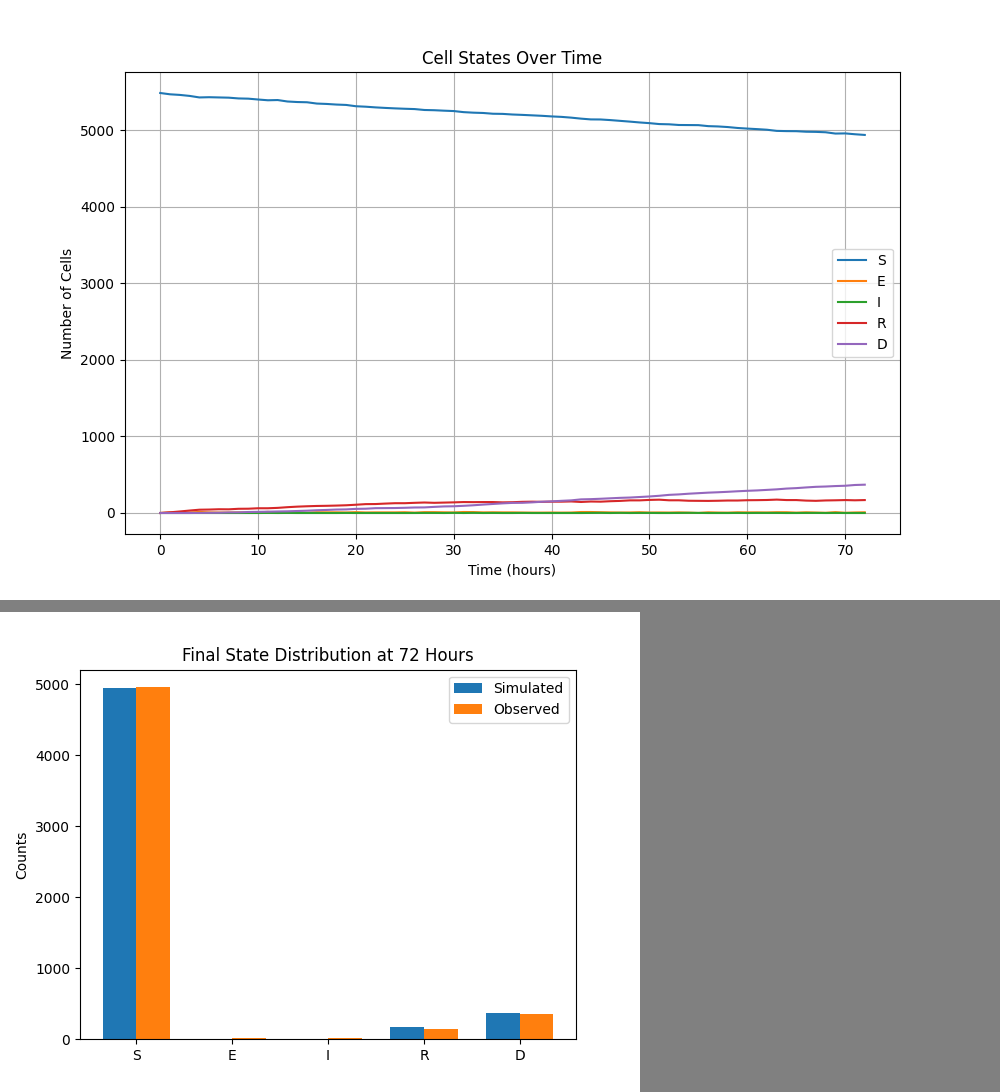
Repository: katherinewxu/iGEM_modeling
Script's output: python fshdmarkov.py
These files come from the project's save history. The script's output is drawn as it stood at one moment and after the next save; the edit follows.
Each picture stacks the figures in order, with grey between them; figures that are only written to a file come last. Random numbers start from a fixed seed.

Above is the script's output before, as saved 2024-08-16 15:51:32.

After the next save:
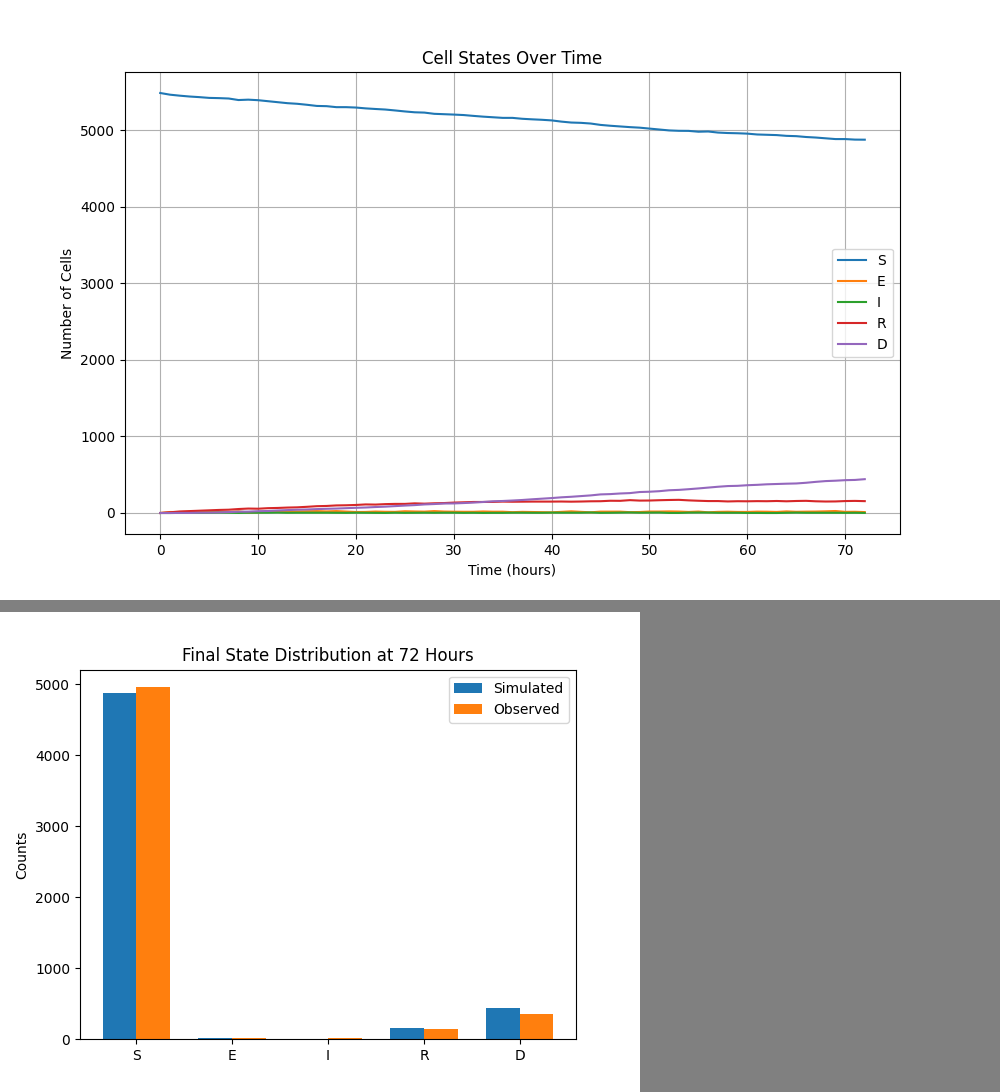
Saved 2 min 45 s later.
--- a/fshdmarkov.py
+++ b/fshdmarkov.py
@@ -30,7 +30,6 @@ def normalize_probabilities(transition_probabilities):
 def check_valid_probabilities(transition_probabilities):
     for state, probs in transition_probabilities.items():
         if not np.all(np.isfinite(probs)) or np.any(probs < 0) or np.any(probs > 1):
-            #print(f"Invalid probabilities detected for state {state}: {probs}")
             return False
     return True
 
@@ -53,10 +52,14 @@ def simulate_markov_model(transition_probabilities, initial_state_distribution,
 
     return history
 
-# Sum of squared residuals (SSR) function
-def SSR_Score(predicted_distribution, observed_distribution):
-    score = sum((predicted_distribution[state] - observed_distribution[state]) ** 2 for state in predicted_distribution)
-    return score
+# Negative Log-Likelihood (NLL) function
+def NLL_Score(predicted_distribution, observed_distribution):
+    nll = 0
+    for state in predicted_distribution:
+        predicted_count = max(predicted_distribution[state], 1e-9)  # Avoid log(0)
+        observed_count = observed_distribution[state]
+        nll -= observed_count * np.log(predicted_count)
+    return nll
 
 # Bayesian Optimization
 def bayesian_optimization(transition_probabilities_func, initial_state_distribution, observed_distribution, iterations=10000):
@@ -84,13 +87,13 @@ def bayesian_optimization(transition_probabilities_func, initial_state_distribut
         simulation_history = simulate_markov_model(transition_probabilities, initial_state_distribution, 72)  # 72 hours = 3 days
         final_distribution = simulation_history[-1]
 
-        # Calculate score
-        score = SSR_Score(final_distribution, observed_distribution)
+        # Calculate NLL score
+        score = NLL_Score(final_distribution, observed_distribution)
         if score < best_score:
             best_score = score
             best_params = (Δ, Dr, VD, d0, VT, TD)
-    print(f"best ssr: {best_score}")
 
+    print(f"Best NLL: {best_score}")
     return best_params
 
 # Optimize the transition parameters using Bayesian Optimization
